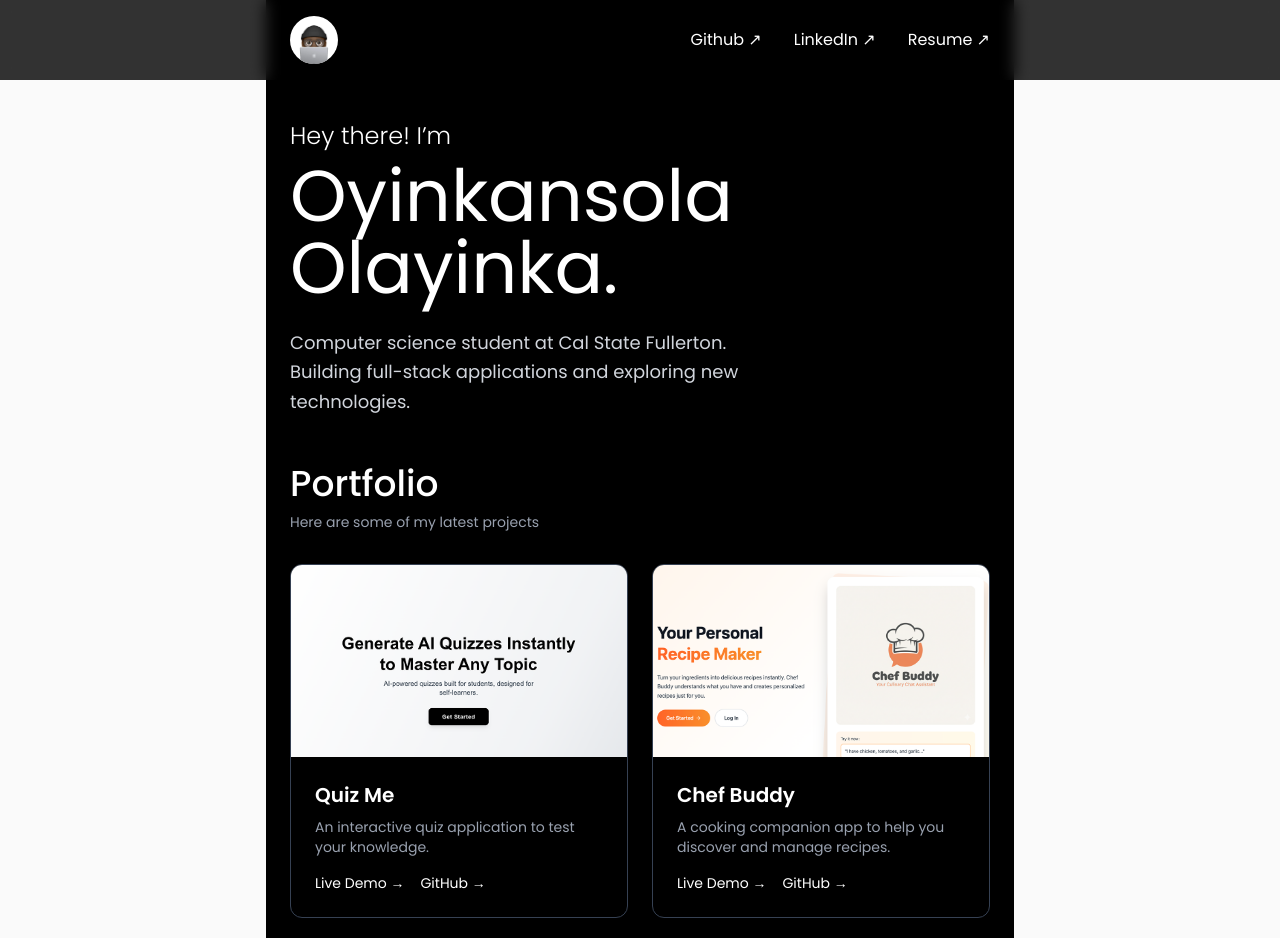
Repository: olasores/olasores-portfolio
Page: /
These files come from the project's save history. The page is drawn as it stood at one moment and after the next save; the edit follows.
The browser window is 1280 px wide. The pictures show the whole page.
The project was rebuilt for these pictures with package versions that can differ from the ones it lists, and the page was loaded fresh each time. The framework's server and built-in components were replaced by stand-ins that run in the browser. Also part of the build but not shown: next.config.ts.

Above is the page before, as saved 2025-11-11 13:11:49.

### app/layout.tsx
import type { Metadata } from "next";
import { Poppins } from "next/font/google";
import "./globals.css";
import Navbar from "./components/Navbar";

const poppins = Poppins({
  variable: "--font-poppins",
  weight: ["300", "400", "500", "600", "700"],
  subsets: ["latin"],
});

export const metadata: Metadata = {
  title: "Oyinkansola Olayinka | Portfolio",
  description: "Computer science student at Cal State Fullerton. Full-stack developer building intuitive applications.",
  icons: {
    icon: "/assets/olaimg2.webp",
  },
};

export default function RootLayout({
  children,
}: Readonly<{
  children: React.ReactNode;
}>) {
  return (
    <html lang="en">
      <body
        className={`${poppins.variable} antialiased`}
      >
        <Navbar />
        {children}
      </body>
    </html>
  );
}

### app/page.tsx
import HomeSection from "./components/HomeSection";

export default function Home() {
  return (

    <div className="flex min-h-screen items-center justify-center bg-zinc-50 font-sans dark:bg-black top-20">
      <HomeSection />

    </div>
  );
}

### app/globals.css
@import "tailwindcss";

* {
  font-family: 'Poppins', sans-serif;
}

:root {
  --background: #ffffff;
  --foreground: #171717;
}

@media (prefers-color-scheme: dark) {
  :root {
    --background: #0a0a0a;
    --foreground: #ededed;
  }
}

body {
  background: var(--background);
  color: var(--foreground);
}

### app/components/Navbar.tsx
export default function Navbar() {
    return (
        <nav className="fixed top-0 left-0 right-0 bg-black/80 backdrop-blur-sm px-6 py-4 z-50 flex justify-center">
            <div className="max-w-[700px] w-full flex items-center justify-between">
                {/* Logo */}
                <div className="relative w-12 h-12 rounded-full bg-white overflow-hidden flex items-center justify-center">
                    <img
                        src="/assets/olaimg2.webp"
                        alt="Oyinkansola Olayinka Logo"
                        className="w-full h-full object-cover"
                    />
                </div>

                {/* Links */}
                <div className="flex gap-8 text-white text-sm md:text-base">
                    <a
                        href="https://github.com"
                        target="_blank"
                        rel="noopener noreferrer"
                        className="hover:text-gray-400 transition"
                    >
                        Github ↗
                    </a>
                    <a
                        href="https://linkedin.com"
                        target="_blank"
                        rel="noopener noreferrer"
                        className="hover:text-gray-400 transition"
                    >
                        LinkedIn ↗
                    </a>
                    <a
                        href="#"
                        className="hover:text-gray-400 transition"
                    >
                        Resume ↗
                    </a>
                </div>
            </div>
        </nav>
    );
}

### app/components/HomeSection.tsx
import Portfolio from "./Portfolio";
export default function HomeSection() {
    return (
        <div className="flex min-h-screen justify-center bg-black font-sans dark:bg-black px-6 py-5 pt-10 md:pt-30">
            <div className="max-w-[700px] w-full flex flex-col gap-12">
                {/* Text content */}
                <div className="flex flex-col gap-6 items-center md:items-start">
                    <div>
                        <h2 className="text-xl md:text-2xl font-light text-white mb-2">
                            Hey there! I&rsquo;m
                        </h2>
                        <h1 className="text-5xl md:text-7xl  text-white">
                            Oyinkansola Olayinka.
                        </h1>
                    </div>

                                        <p className="text-base md:text-lg text-gray-300 leading-relaxed max-w-lg">
                        Computer science student at Cal State Fullerton. Building full-stack applications and exploring new technologies.
                    </p>

                    {/* Links */}
                    {/* <div className="flex gap-6 text-lg md:text-xl text-white">
                        <a href="#" className="hover:text-gray-400 transition">
                            Github ↗
                        </a>
                        <a href="#" className="hover:text-gray-400 transition">
                            linkedin ↗
                        </a>
                        <a href="#" className="hover:text-gray-400 transition">
                            Resume ↗
                        </a>
                    </div> */}

                </div>
                <Portfolio />

            </div>
        </div>
    );
}

### app/components/Portfolio.tsx
export default function Portfolio() {
    return (
        <div className="flex justify-center bg-black font-sans dark:bg-black ">
            <div className="max-w-[700px] w-full flex flex-col gap-8">
                {/* Section Title */}
                <div>
                    <h2 className="text-3xl md:text-4xl font-medium text-white mb-2">
                        Portfolio
                    </h2>
                    <p className="text-gray-400 text-sm">
                        Here are some of my latest projects
                    </p>
                </div>

                {/* Projects Grid */}
                <div className="grid grid-cols-1 md:grid-cols-2 gap-6">
                    {/* Quiz Me Project */}
                    <div className="border border-gray-700 rounded-xl overflow-hidden hover:border-gray-500 transition flex flex-col">
                        {/* Project Image */}
                        <div className="w-full h-48 bg-gray-800 overflow-hidden">
                            <img
                                src="/assets/quizzy.png"
                                alt="Quiz Me Project"
                                className="w-full h-full object-cover"
                            />
                        </div>

                        {/* Project Details */}
                        <div className="p-6 flex flex-col gap-4 flex-1">
                            <div>
                                <h3 className="text-xl font-semibold text-white mb-2">
                                    Quiz Me
                                </h3>
                                <p className="text-gray-400 text-sm">
                                    An interactive quiz application to test your knowledge.
                                </p>
                            </div>

                            {/* Links */}
                            <div className="flex gap-4 text-sm mt-auto">
                                <a
                                    href="https://quiz-me-sandy.vercel.app/"
                                    target="_blank"
                                    rel="noopener noreferrer"
                                    className="text-white hover:text-gray-300 transition"
                                >
                                    Live Demo →
                                </a>
                                <a
                                    href="#"
                                    className="text-white hover:text-gray-300 transition"
                                >
                                    GitHub →
                                </a>
                            </div>
                        </div>
                    </div>

                    {/* Project Card 2 - Chef Buddy */}
                    <div className="border border-gray-700 rounded-xl overflow-hidden hover:border-gray-500 transition flex flex-col">
                        {/* Project Image */}
                        <div className="w-full h-48 bg-gray-800 overflow-hidden">
                            <img
                                src="/assets/chef.png"
                                alt="Chef Buddy Project"
                                className="w-full h-full object-cover"
                            />
                        </div>

                        {/* Project Details */}
                        <div className="p-6 flex flex-col gap-4 flex-1">
                            <div>
                                <h3 className="text-xl font-semibold text-white mb-2">
                                    Chef Buddy
                                </h3>
                                <p className="text-gray-400 text-sm">
                                    A cooking companion app to help you discover and manage recipes.
                                </p>
                            </div>

                            {/* Links */}
                            <div className="flex gap-4 text-sm mt-auto">
                                <a
                                    href="https://chef-buddy-rouge.vercel.app/"
                                    target="_blank"
                                    rel="noopener noreferrer"
                                    className="text-white hover:text-gray-300 transition"
                                >
                                    Live Demo →
                                </a>
                                <a
                                    href="#"
                                    className="text-white hover:text-gray-300 transition"
                                >
                                    GitHub →
                                </a>
                            </div>
                        </div>
                    </div>
                </div>
            </div>
        </div>
    );
}

After the next save:
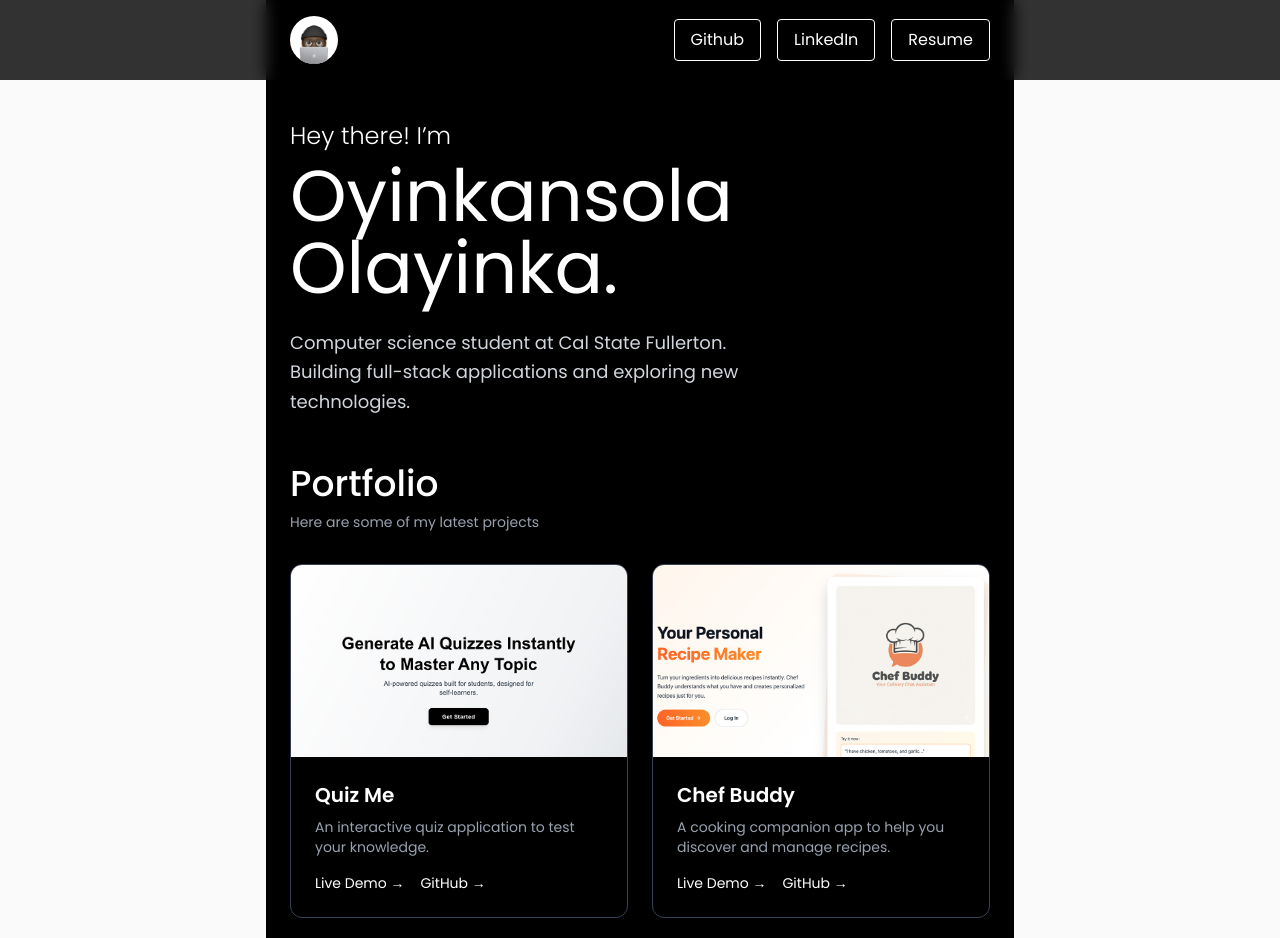
Saved 15 s later.
--- a/app/components/Navbar.tsx
+++ b/app/components/Navbar.tsx
@@ -12,28 +12,28 @@ export default function Navbar() {
                 </div>
 
                 {/* Links */}
-                <div className="flex gap-8 text-white text-sm md:text-base">
+                <div className="flex gap-4 text-sm md:text-base">
                     <a
                         href="https://github.com"
                         target="_blank"
                         rel="noopener noreferrer"
-                        className="hover:text-gray-400 transition"
+                        className="px-4 py-2 border border-white text-white rounded hover:bg-white hover:text-black transition"
                     >
-                        Github ↗
+                        Github
                     </a>
                     <a
                         href="https://linkedin.com"
                         target="_blank"
                         rel="noopener noreferrer"
-                        className="hover:text-gray-400 transition"
+                        className="px-4 py-2 border border-white text-white rounded hover:bg-white hover:text-black transition"
                     >
-                        LinkedIn ↗
+                        LinkedIn
                     </a>
                     <a
                         href="#"
-                        className="hover:text-gray-400 transition"
+                        className="px-4 py-2 border border-white text-white rounded hover:bg-white hover:text-black transition"
                     >
-                        Resume ↗
+                        Resume
                     </a>
                 </div>
             </div>
